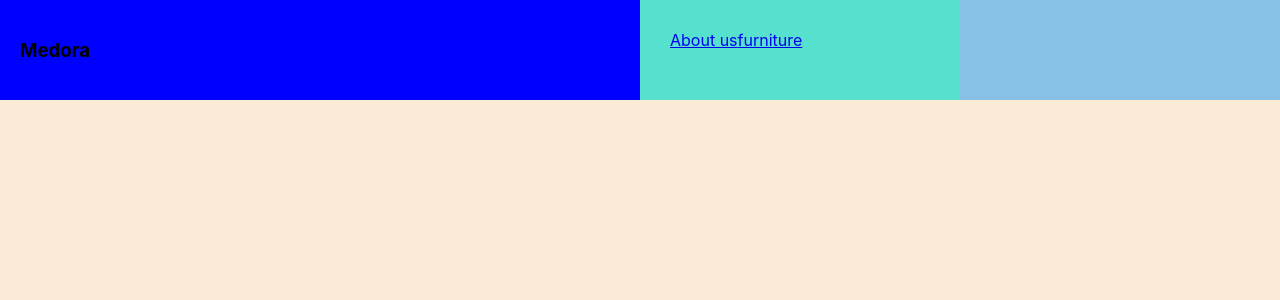
Repository: SbuKhoza/medora
Page: /
The author's editor kept a copy of each file at every save. The page is drawn from the files as they stood at one save, then again after the next save.
The browser window is 1280 px wide. The pictures show the whole page.
The project was rebuilt for these pictures with package versions that can differ from the ones it lists, and the page was loaded fresh each time.

Above is the page before, as saved 2024-07-09 13:55:05.

### src/App.js

import './App.css';

function App() {
  return (

   <div className='container'>


    <div className='navleft'>

      <div className='icondiv'>
      <h3 className='icon'>Medora</h3>
      </div>


    </div>

    <div className='navcenter'>
      <div className='menucenter'>
      <a href='#'>About us</a>
      <a href='#'>furniture</a>
      </div>


    </div>

    <div className='navright'>

    </div>

  </div>
  );
}

export default App;

### src/App.css
body {
  background-color: antiquewhite;
}

.container {
  display: flex;
  height: 100vh;
}

.navleft {
  display: flex;
  width: 50%;
  height:100px;
  background-color: blue;
}

.navcenter {
  display: flex;
  width: 25%;
  height:100px;
  background-color: rgb(86, 224, 206);
}

.navright {
  display: flex;
  width: 25%;
  height:100px;
  background-color: rgb(137, 193, 230);
}

.icondiv {
  width: 40px;
  height: 40px;
  margin: 20px;

}

.menucenter {
  display: flex;
  justify-content: center;
  padding: 30px;
}

Loaded but not shown: public/index.html (common file); src/index.js (common file); src/index.css (common file); src/reportWebVitals.js (common file)

After the next save:
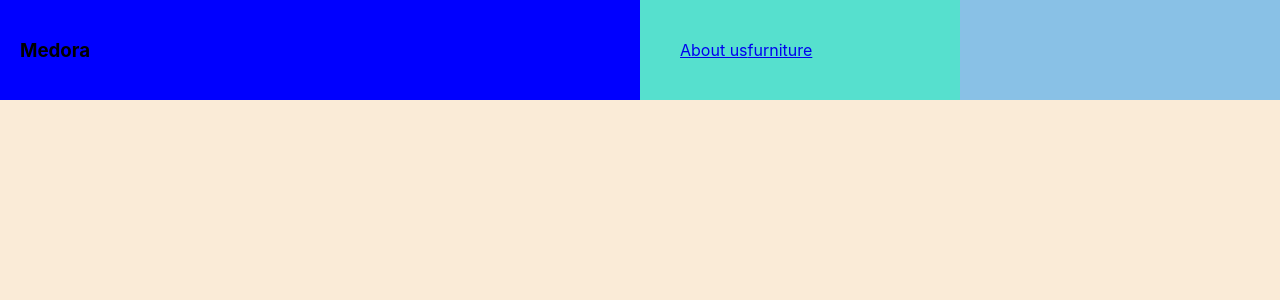
Saved 5 s later.
--- a/src/App.css
+++ b/src/App.css
@@ -38,5 +38,5 @@ body {
 .menucenter {
   display: flex;
   justify-content: center;
-  padding: 30px;
+  padding: 40px;
 }
